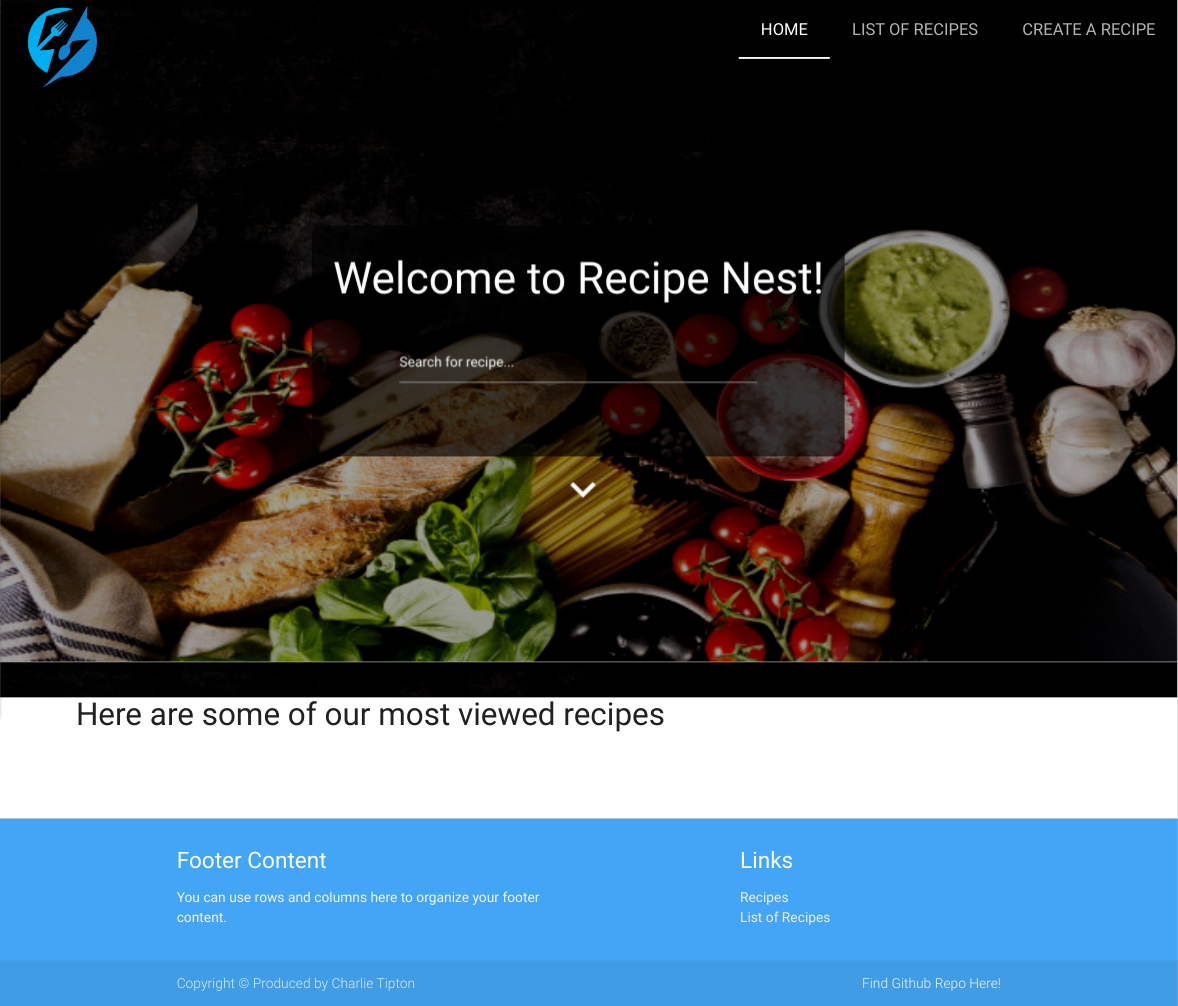
Repository: CharlieJT/Recipes
Page: http://localhost/
The author's editor kept a record of every edit. The page is drawn from the files as they stood at one moment, then again after the next edit.
The browser window is 1280 px wide. The pictures show the whole page, at 92% of full size.
Backgrounds fixed to the window are drawn as part of the page. Some web libraries are served in a nearby version. The page is served by the project's application, run on Flask 3 (app.py). Queries for data that is not in the repository find no rows.

Above is the page before.

After the next edit:
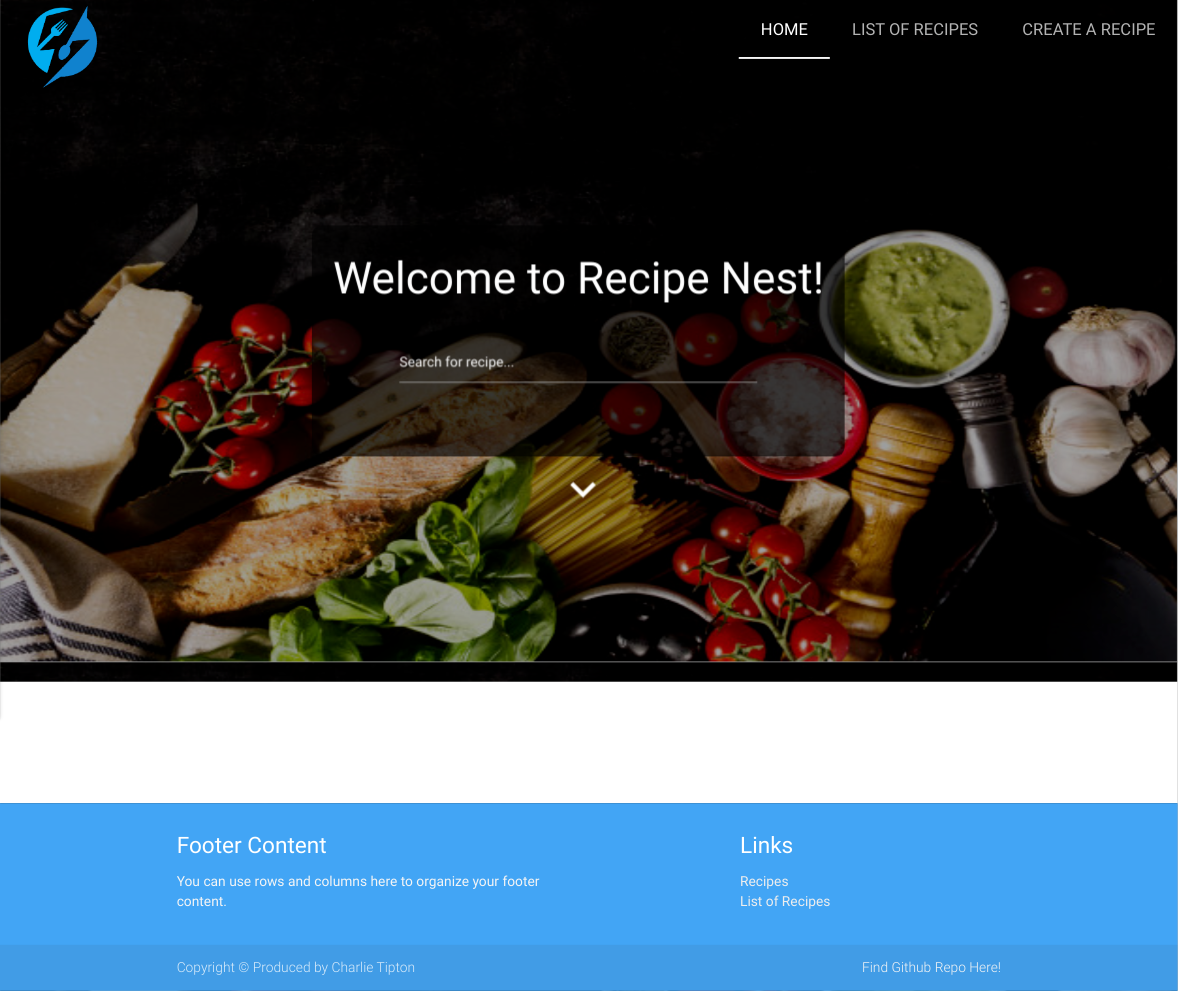
The edit:
--- a/templates/index.html
+++ b/templates/index.html
@@ -48,7 +48,7 @@
             <div class="mostly-viewed-heading-column col">
 
             </div>
-            <h4>Here are some of our most viewed recipes</h4>
+
             {% for recipe in recipes %}
             <div class="col s12 m6 l4">
                 <div class="card">
